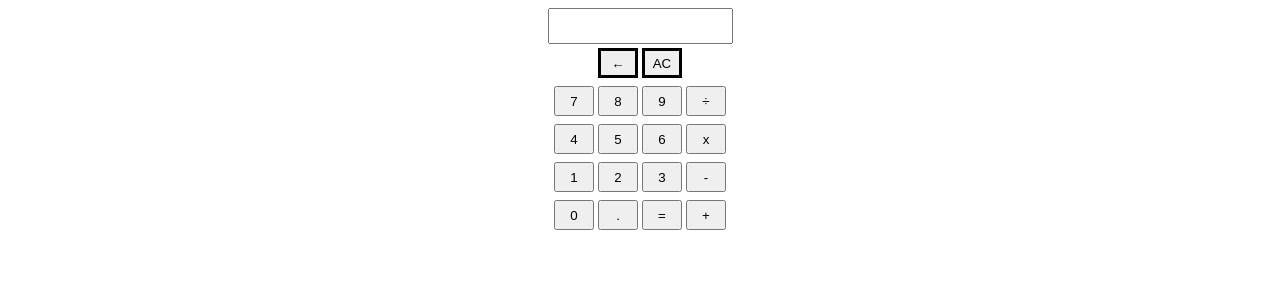
Repository: z1youRA/MyCalculator
Page: index.html
The author's editor kept a copy of each file at every save. The page is drawn from the files as they stood at one save, then again after the next save.
The browser window is 1280 px wide. The pictures show the whole page.

Above is the page before, as saved 2021-12-19 16:52:42.

### index.html
<!DOCTYPE html>
<html lang="en">
<head>
    <meta charset="UTF-8">
    <meta http-equiv="X-UA-Compatible" content="IE=edge">
    <meta name="viewport" content="width=device-width, initial-scale=1.0">
    <title>Document</title>
    <link rel='stylesheet' href='./css/styles.css'>
</head>
<body>
    <div class='container'>
        <input type='text'>
        <div class='buttons'>
            <div class='first-row row'>
                <button class='back'>←</button>
                <button class='clear'>AC</button>
            </div>
            <div class='second-row row'>
                <button class='num'>7</button>
                <button class='num'>8</button>
                <button class='num'>9</button>
                <button class='ope'>÷</button>
            </div>
            <div class='third-row row'>
                <button class='num'>4</button>
                <button class='num'>5</button>
                <button class='num'>6</button>
                <button class='ope'>x</button>
            </div>
            <div class='fourth-row row'>
                <button class='num'>1</button>
                <button class='num'>2</button>
                <button class='num'>3</button>
                <button class='ope'>-</button>
            </div>
            <div class='fifth-row row'>
                <button class='num'>0</button>
                <button class='num point'>.</button>
                <button class='calcu'>=</button>
                <button class='ope'>+</button>
            </div>
        </div>
    </div>

</body>
<script src='script.js'>
</script>
</html>

### css/styles.css
.container {
    display: flex;
    align-items: center;
    justify-content: center;
    flex-direction: column;
}

input {
    height: 30px;
}

.first-row button{
    border: solid;
    flex:2 0 0;
}

.buttons {
    display: flex;
    flex-direction: column;
    align-items: center;
}

.row {
    margin:4px 2px;
}


button {
    height: 30px;
    width: 40px;
}

### script.js
function add(num1, num2) {
    return +num1 + +num2;
}

function subtract(num1, num2) {
    return +num1 - +num2;
}

function multiply(num1, num2) {
    return +num1 * +num2;
}

function divide(num1, num2) {
    return +num1 / +num2;
}

function operate() {
    if(operator === '+') {
        result = add(num1, num2);
    }
    if(operator === '-') {
        result = subtract(num1, num2);
    }
    if(operator === '*'|| operator === 'x') {
        result = multiply(num1, num2);
    }
    if(operator === '/'|| operator === '÷') {
        if(num2 == 0) {
            clear()
            input.value = 'ERROR';
            return;
        }
        result = divide(num1, num2);
    }
    input.value = Math.round(result * 100000) / 100000;

}

function clear() {
    input.value = '';
    num1 = '';
    num2 = '';
    operator = '';
    result = '';
    flag = 0;
    pointFlag = 0;
}

function inputNum() {
    if(flag === 1 && num2 === '') { //clear the screen when input the second operand.
        input.value = '';
    }
    const number = this.textContent;
    if(number === '.') {
        if(pointFlag === 1) {
            return;
        }
        pointFlag = 1;
    }
    input.value += number;
    if(flag === 0) {
        num1 += number;
    }
    else
        num2 += number;
}

function inputOperator() {
    if(num1 !== '' && num2 !== '' && operator !== '') { //if user didn't press the = button each time.
        operate();
    }
    if(result != '') { //for a second successive operation
        num1 = result;
        num2 = '';
    }
    operator = this.textContent;
    flag = 1;
    pointFlag = 0;
}

function back() {
    if(flag === 0 && num1.length > 0) {
        num1 = num1.slice(0, num1.length - 1);
        input.value = num1;
    }
    else if(flag === 1 && num2.length > 0){
        num2 = num2.slice(0, num2.length - 1);
        input.value = num2;
    }
}

let flag = 0; //if num1 exists flag == 1
let num1 = '';
let num2 = '';
let operator = '';
let result = '';
let pointFlag = 0;

const input = document.querySelector('input');
const nums = document.querySelectorAll('button.num'); //select all buttons representing numbers
const operators = document.querySelectorAll('button.ope');
const calcu = document.querySelector('.calcu');
const clr = document.querySelector('.clear');
const backspace = document.querySelector('.back');

backspace.addEventListener('click', back);
clr.addEventListener('click', clear);
calcu.addEventListener('click', operate);
nums.forEach(num => {
    num.addEventListener('click', inputNum)
})

operators.forEach(ope => {
    ope.addEventListener('click', inputOperator);
})

After the next save:
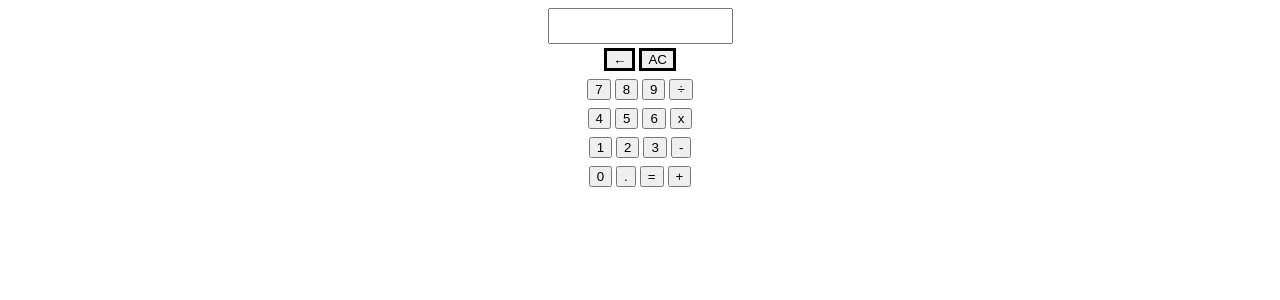
Saved 10 s later.
--- a/css/styles.css
+++ b/css/styles.css
@@ -26,6 +26,5 @@
 
 
 button {
-    height: 30px;
-    width: 40px;
+
 }

After the 3 saves that followed:
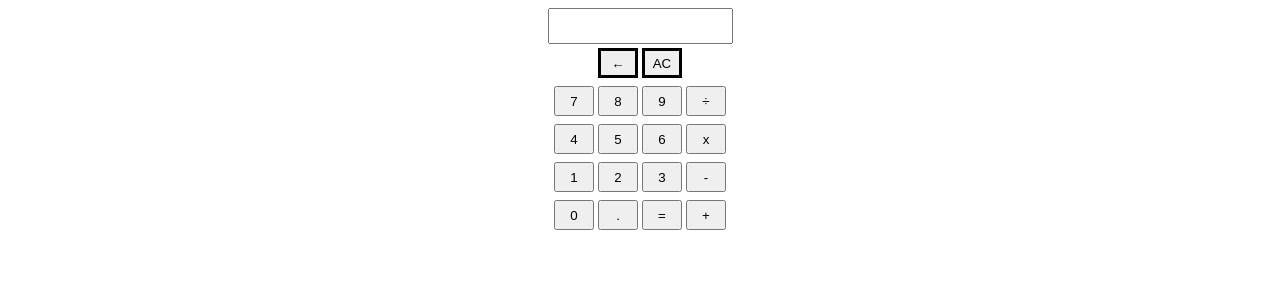
The 3 saves are shown as one change because 1 left the picture as it was and some came seconds apart.
The last was saved 45 s later.
--- a/css/styles.css
+++ b/css/styles.css
@@ -26,5 +26,6 @@
 
 
 button {
-
+    height: 30px;
+    width: 40px;
 }
